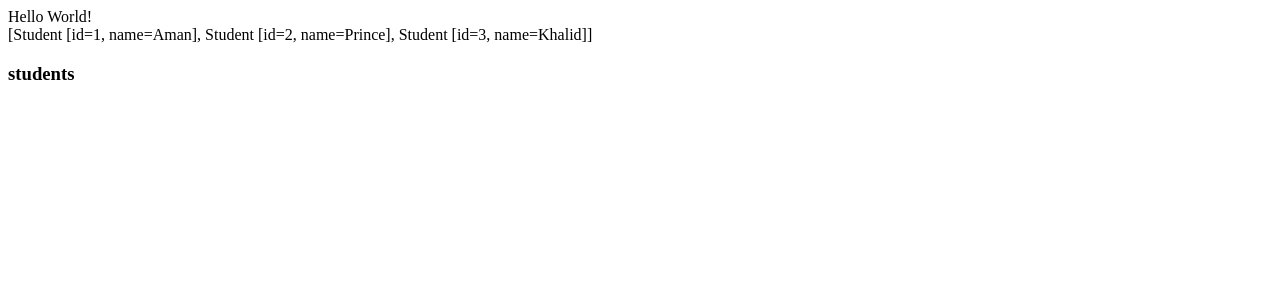
Repository: md-aman-git/Java-Repo-Epam
Page: http://localhost/JSTLDemo/DemoJstl
The author's editor kept a copy of each file at every save. The page is drawn from the files as they stood at one save, then again after the next save.
The browser window is 1280 px wide. The pictures show the whole page.
The page is served by Tomcat 9.

Above is the page before, as saved 2022-03-07 16:28:11.

After the next save:
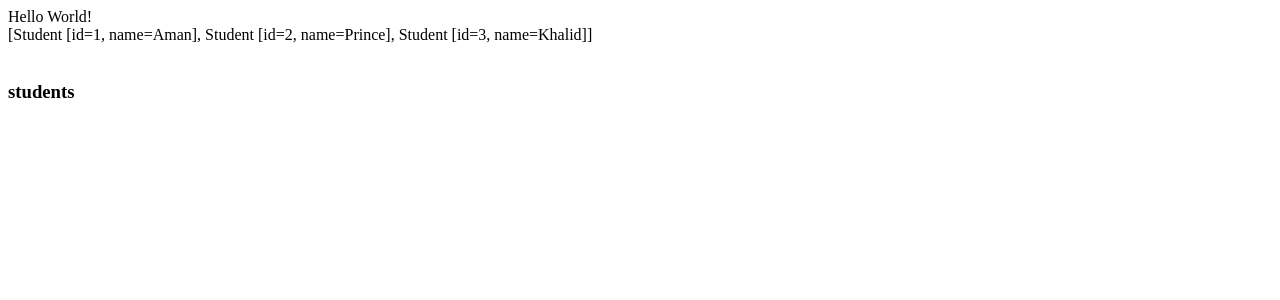
Saved 16 s later.
--- a/JspServlet/JSTLDemo/src/main/webapp/display.jsp
+++ b/JspServlet/JSTLDemo/src/main/webapp/display.jsp
@@ -10,7 +10,7 @@
 </head>
 <body>
 	Hello World! <br>
-	<div>${students}</div>
+	<div>${students}</div><br>
 	<c:forEach items="students" var="stud">
 		<h3>${stud}</h3>
 	</c:forEach>
